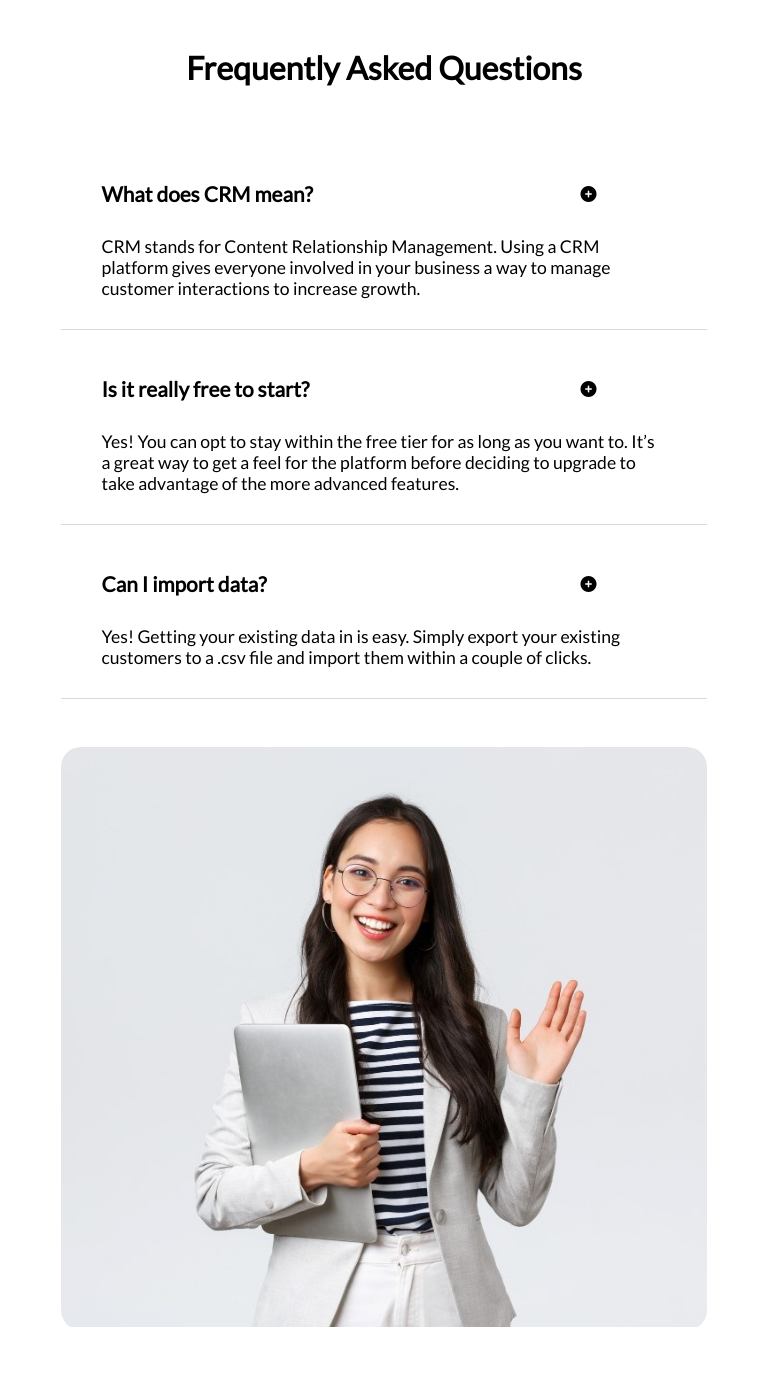
Repository: emiliaiwu/faq_component
Page: index.html
An editor plug-in stored every save of this project. The page is shown before and after a run of saves, followed by the edit.
The browser window is 768 px wide. The pictures show the whole page.
Some web libraries are served in a nearby version.

Above is the page before, as saved 2022-12-13 16:05:24.

After the next 5 saves:
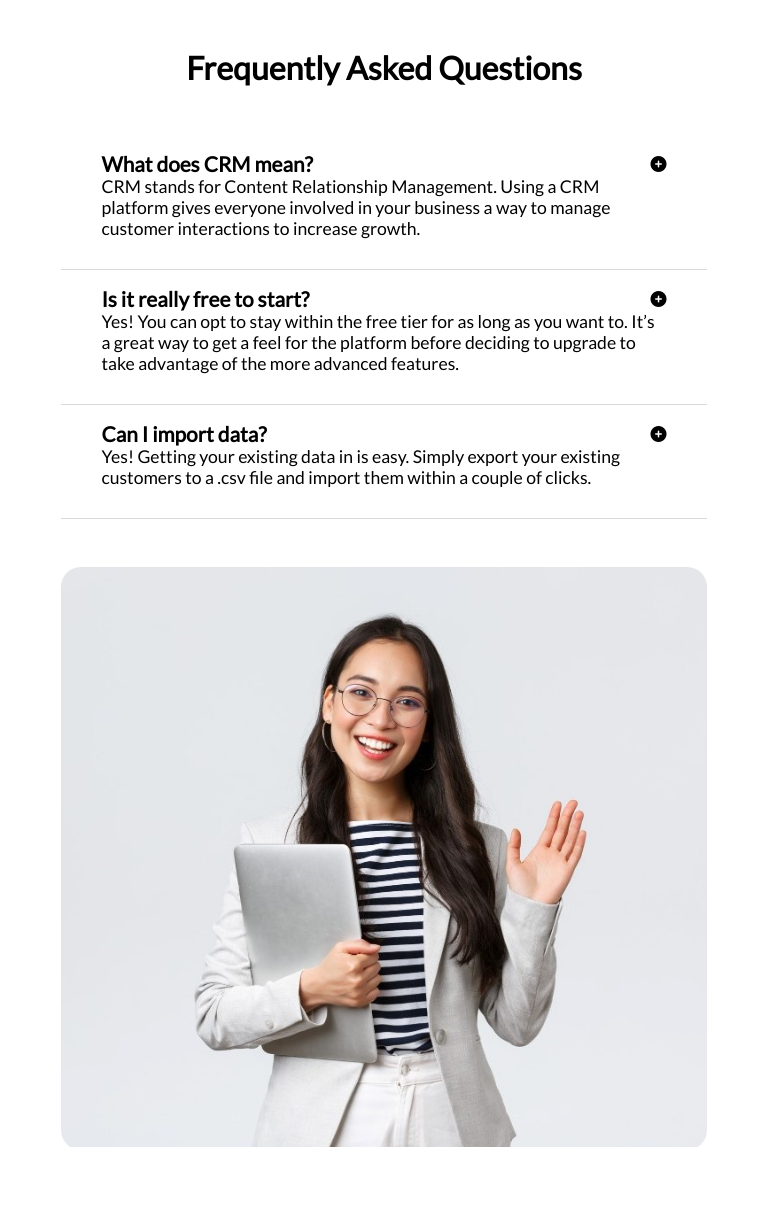
The 5 saves are shown as one change because they came seconds apart.
The last was saved 24 s later.
--- a/style.css
+++ b/style.css
@@ -110,6 +110,10 @@
         padding: 0;
     }
 
+    .faq_header {
+        padding: 0;
+    }
+
     .content_wrap {
     max-height: 300px;
     padding: 0 0 30px;

After the save that followed:
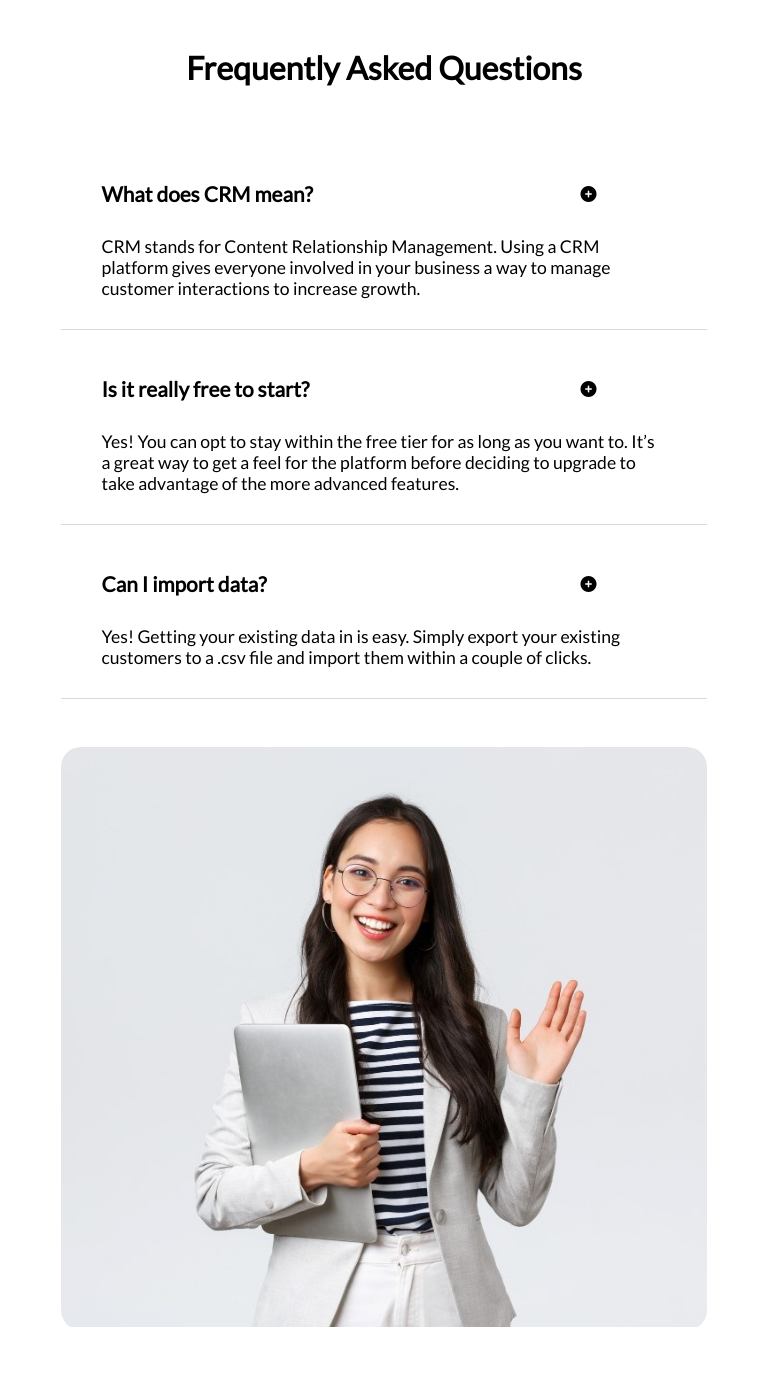
Saved 14 s later.
--- a/style.css
+++ b/style.css
@@ -111,7 +111,7 @@
     }
 
     .faq_header {
-        padding: 0;
+        /* padding: 0; */
     }
 
     .content_wrap {
